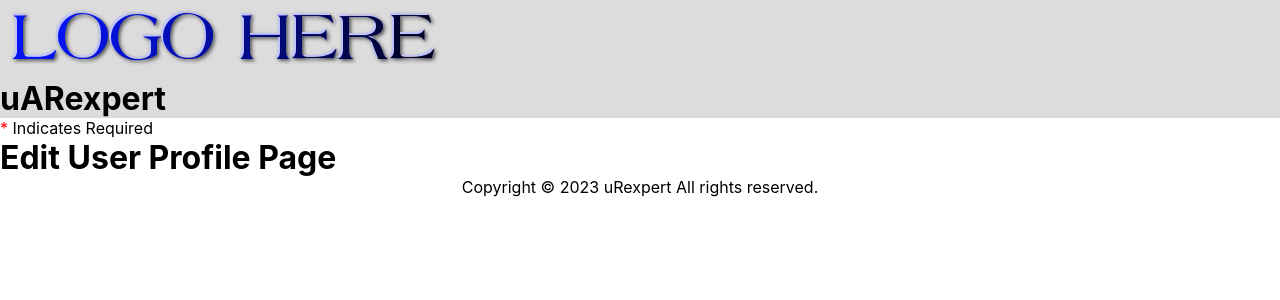
Repository: onionNguyen/Senior-Design-Project
Page: /profile/edit (app in frontend/)
The author's editor kept a copy of each file at every save. The page is drawn from the files as they stood at one save, then again after the next save.
The browser window is 1280 px wide. The pictures show the whole page.
The page's requests for data from a server got no answer. The project was rebuilt for these pictures with package versions that can differ from the ones it lists, and the page was loaded fresh each time. No one was signed in, and anything a server would have sent is missing. Also part of the build but not shown: frontend/src/components/form/Input.js, frontend/src/components/pages/edit-user-profile/EditProfile.module.css, frontend/src/components/form/MessageRibbon.js, frontend/src/components/pages/login/Login.module.css, frontend/src/components/pages/login/Login.js, frontend/src/components/sidenav/SideNav.module.css, frontend/src/components/sidenav/SideNav.js, frontend/src/components/pages/home/Home.module.css and 7 more.

Above is the page before, as saved 2023-10-27 00:08:25.

### frontend/src/index.css
* {
  box-sizing: border-box;
  margin: 0;
  padding: 0;
}

body {
  font-family: -apple-system, BlinkMacSystemFont, "Segoe UI", "Roboto", "Oxygen",
    "Ubuntu", "Cantarell", "Fira Sans", "Droid Sans", "Helvetica Neue",
    sans-serif;
  -webkit-font-smoothing: antialiased;
  -moz-osx-font-smoothing: grayscale;
}

code {
  font-family: source-code-pro, Menlo, Monaco, Consolas, "Courier New",
    monospace;
}

### frontend/src/App.js
import { BrowserRouter as Router, Routes, Route } from "react-router-dom";
import EditProfile from "./components/pages/edit-user-profile/EditProfile";
import Login from "./components/pages/login/Login";
import Home from "./components/pages/home/Home";
import Register from "./components/pages/registration/Register";
import { AuthContext } from "./helpers/AuthContext";
import { useState, useEffect } from "react";
import axios from "axios";
import NotFound from "./components/pages/error/NotFound";
import Calendar from "./components/pages/calendar/Calendar";
import RemoteViewing from "./components/pages/remote-viewing/RemoteViewing";

function App() {
  const [authState, setAuthState] = useState({
    id: 0,
    name: "",
    email: "",
    status: false,
  });

  useEffect(() => {
    axios
      .get("http://localhost:5000/auth", {
        headers: {
          accessToken: localStorage.getItem("accessToken"),
        },
      })
      .then((response) => {
        console.log(response.data);
        if (response.data.error) {
          setAuthState({
            ...authState,
            status: false,
          });
        } else {
          setAuthState({
            id: response.data.id,
            name: response.data.name,
            email: response.data.email,
            status: true,
          });
        }
      });
  }, [authState]);

  return (
    <AuthContext.Provider value={{ authState, setAuthState }}>
      <Router>
        <Routes>
          <Route path="/" exact element={<Home />} />
          <Route path="/register" exact element={<Register />} />
          <Route path="/login" exact element={<Login />} />
          <Route path="/profile/edit" exact element={<EditProfile />} />
          <Route path="/calendar" exact element={<Calendar />} />
          <Route path="/remote-viewing" exact element={<RemoteViewing />} />
          <Route path="*" exact element={<NotFound />} />
        </Routes>
      </Router>
    </AuthContext.Provider>
  );
}

export default App;

### frontend/src/components/pages/edit-user-profile/EditProfile.js
import React, { useState } from "react";
import Footer from "../../footer/Footer";
import Header from "../../header/Header";
import Input from "../../form/Input";
import styles from "./EditProfile.module.css";
import IndicatesRequired from "../../form/IndicatesRequired";
import MessageRibbon from "../../form/MessageRibbon";

const EditProfile = () => {
  return (
    <div>
      <Header />
      <IndicatesRequired />
      <h1>Edit User Profile Page</h1>
      <Footer />
    </div>
  );
};

export default EditProfile;

### frontend/src/components/footer/Footer.js
import React from "react";
import styles from "./Footer.module.css";

const Footer = () => {
  return (
    <div className={styles["footer"]}>
      <p>Copyright &copy; 2023 uRexpert All rights reserved.</p>
    </div>
  );
};

export default Footer;

### frontend/src/components/header/Header.js
import React from "react";
import styles from "./Header.module.css";
import mainLogo from "../../assets/logo.png";
import { useContext } from "react";
import { AuthContext } from "../../helpers/AuthContext";
import { useNavigate } from "react-router-dom";

const Header = () => {
  const { authState, setAuthState } = useContext(AuthContext);
  const navigate = useNavigate();

  const logout = () => {
    localStorage.removeItem("accessToken");
    setAuthState({
      id: 0,
      name: "",
      email: "",
      status: false,
    });
    navigate("/login");
  };

  return (
    <div className={styles["header"]}>
      <div className={styles["left-aligned"]}>
        <div id="logo">
          <img src={mainLogo} alt="Logo" />
        </div>
        <h1>uARexpert</h1>
      </div>
      {authState.status && <h2>{authState.name}</h2>}
      {authState.status && <button onClick={logout}>Logout</button>}
    </div>
  );
};

export default Header;

### frontend/src/components/form/IndicatesRequired.js
import React from "react";
import styles from "./Form.module.css";

const IndicatesRequired = () => {
  return (
    <div>
      <span className={styles["required"]}>* </span>
      <span>Indicates Required</span>
    </div>
  );
};

export default IndicatesRequired;

### frontend/src/components/header/Header.module.css
.header {
  text-align: center;
  background-color: gainsboro;
}

.left-aligned {
  text-align: left;
}

### frontend/src/components/form/Form.module.css
.display-block {
  display: block;
}

.required {
  color: red;
}

Loaded but not shown: frontend/public/index.html (common file); frontend/src/index.js (common file); frontend/src/reportWebVitals.js (common file); frontend/src/helpers/AuthContext.js (common file); frontend/src/components/footer/Footer.module.css (common file)

After the next save:
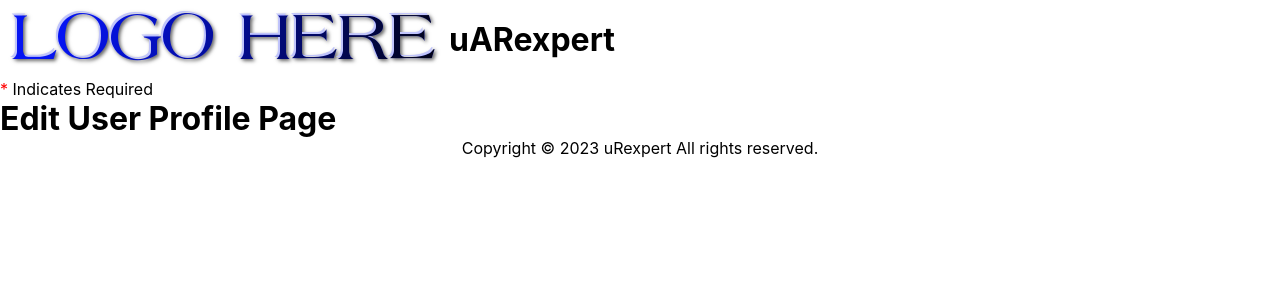
Saved 19 s later.
--- a/frontend/src/components/header/Header.module.css
+++ b/frontend/src/components/header/Header.module.css
@@ -1,8 +1,14 @@
 .header {
-  text-align: center;
-  background-color: gainsboro;
+  display: flex;
+  justify-content: space-between;
+  align-items: center;
 }
 
 .left-aligned {
-  text-align: left;
+  display: flex;
+  align-items: center;
 }
+
+#logo img {
+  margin-right: 15px; /* Adjust as needed */
+}

After the save that followed:
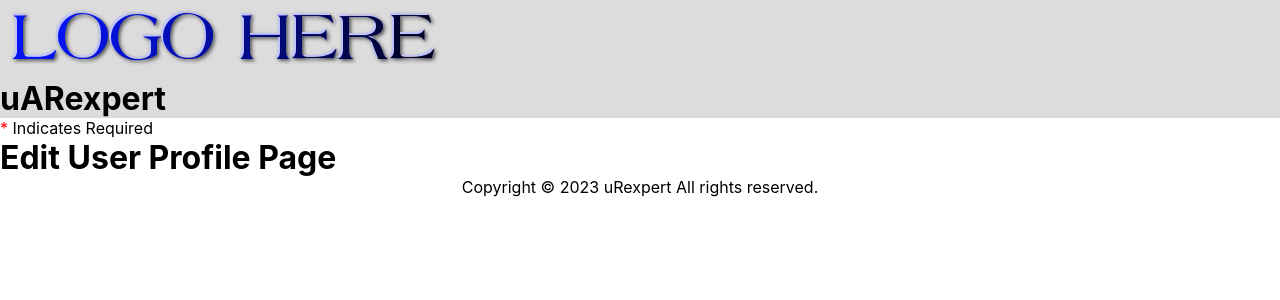
Saved 9 s later.
--- a/frontend/src/components/header/Header.module.css
+++ b/frontend/src/components/header/Header.module.css
@@ -1,14 +1,8 @@
 .header {
-  display: flex;
-  justify-content: space-between;
-  align-items: center;
+  text-align: center;
+  background-color: gainsboro;
 }
 
 .left-aligned {
-  display: flex;
-  align-items: center;
+  text-align: left;
 }
-
-#logo img {
-  margin-right: 15px; /* Adjust as needed */
-}
